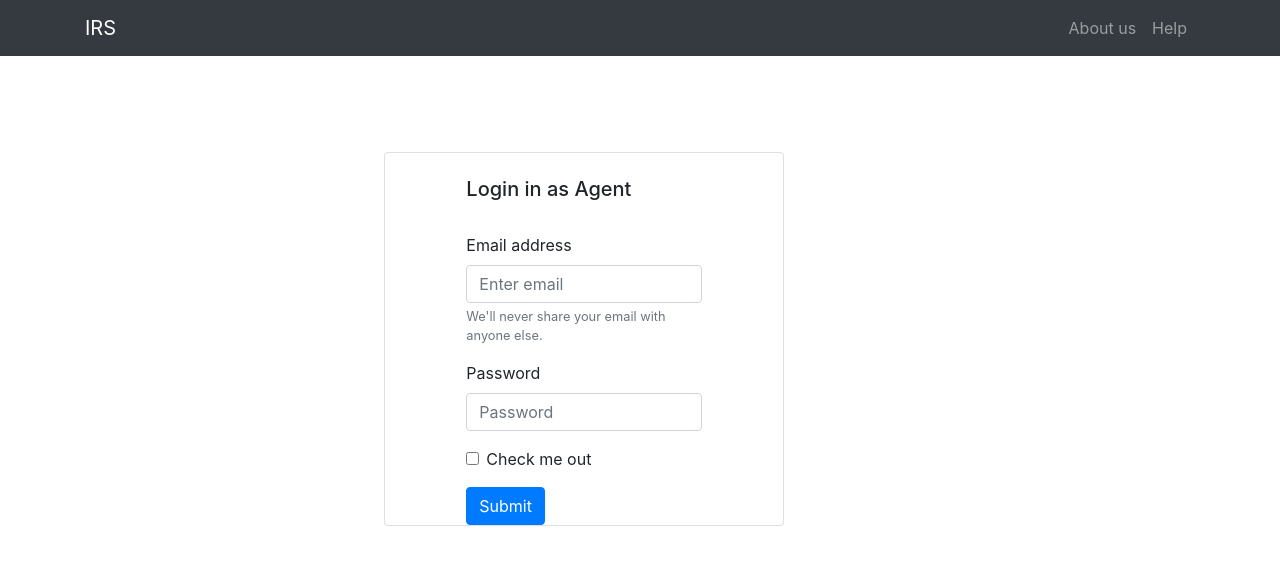
Repository: greeshmavyas/IRS_CS
Page: / (app in AgentManagement/Frontend/)
These files come from the project's save history. The page is drawn as it stood at one moment and after the next save; the edit follows.
The browser window is 1280 px wide. The pictures show the whole page.
Some web libraries are served in a nearby version. The project was rebuilt for these pictures with package versions that can differ from the ones it lists, and the page was loaded fresh each time. Also part of the build but not shown: AgentManagement/Frontend/src/components/NavbarDash.js, AgentManagement/Frontend/src/components/Sidebar.js, AgentManagement/Frontend/src/components/Dashboard.js, AgentManagement/Frontend/src/components/Settings.js, AgentManagement/frontend/src/App.css.

Above is the page before, as saved 2020-10-26 16:28:40.

### AgentManagement/frontend/public/index.html
<!DOCTYPE html>
<html lang="en">
  <head>
    <meta charset="utf-8" />
    <link rel="icon" href="%PUBLIC_URL%/favicon.ico" />
    <meta name="viewport" content="width=device-width, initial-scale=1" />
    <meta name="theme-color" content="#000000" />
    <meta
      name="description"
      content="Web site created using create-react-app"
    />
    <link rel="apple-touch-icon" href="%PUBLIC_URL%/logo192.png" />
    <!--
      manifest.json provides metadata used when your web app is installed on a
      user's mobile device or desktop. See https://developers.google.com/web/fundamentals/web-app-manifest/
    -->
    <link rel="manifest" href="%PUBLIC_URL%/manifest.json" />
    <link rel="stylesheet" href="https://stackpath.bootstrapcdn.com/bootstrap/4.4.1/css/bootstrap.min.css"
      integrity="sha384-Vkoo8x4CGsO3+Hhxv8T/Q5PaXtkKtu6ug5TOeNV6gBiFeWPGFN9MuhOf23Q9Ifjh" crossorigin="anonymous">
    <script src="https://kit.fontawesome.com/db1fc867ad.js" crossorigin="anonymous"></script>
    <!--
      Notice the use of %PUBLIC_URL% in the tags above.
      It will be replaced with the URL of the `public` folder during the build.
      Only files inside the `public` folder can be referenced from the HTML.

      Unlike "/favicon.ico" or "favicon.ico", "%PUBLIC_URL%/favicon.ico" will
      work correctly both with client-side routing and a non-root public URL.
      Learn how to configure a non-root public URL by running `npm run build`.
    -->
    <title>React App</title>
  </head>
  <body>
    <noscript>You need to enable JavaScript to run this app.</noscript>
    <div id="root"></div>
    <script src="https://code.jquery.com/jquery-3.4.1.slim.min.js"
      integrity="sha384-J6qa4849blE2+poT4WnyKhv5vZF5SrPo0iEjwBvKU7imGFAV0wwj1yYfoRSJoZ+n" crossorigin="anonymous"></script>
    <script src="https://cdn.jsdelivr.net/npm/popper.js@1.16.0/dist/umd/popper.min.js"
      integrity="sha384-Q6E9RHvbIyZFJoft+2mJbHaEWldlvI9IOYy5n3zV9zzTtmI3UksdQRVvoxMfooAo" crossorigin="anonymous"></script>
    <script src="https://stackpath.bootstrapcdn.com/bootstrap/4.4.1/js/bootstrap.min.js"
      integrity="sha384-wfSDF2E50Y2D1uUdj0O3uMBJnjuUD4Ih7YwaYd1iqfktj0Uod8GCExl3Og8ifwB6" crossorigin="anonymous"></script>
    <!--
      This HTML file is a template.
      If you open it directly in the browser, you will see an empty page.

      You can add webfonts, meta tags, or analytics to this file.
      The build step will place the bundled scripts into the <body> tag.

      To begin the development, run `npm start` or `yarn start`.
      To create a production bundle, use `npm run build` or `yarn build`.
    -->
  </body>
</html>

### AgentManagement/Frontend/src/App.js
import React from 'react';
import { BrowserRouter } from 'react-router-dom';
import Main from "./Main"
import './App.css';

function App() {
  return (
    <div>
      <BrowserRouter>
        <Main />
      </BrowserRouter>
    </div>
  );
}

export default App;

### AgentManagement/Frontend/src/Main.js
import React, { Component } from 'react';
import { Route } from 'react-router-dom';
import login from './components/login';
import Dashboard from './components/Dashboard';
import Settings from './components/Settings';

 class Main extends Component {
    render() {
        return (
          <div>
            <Route exact path="/" component={login} />
            <Route exact path="/dashboard" component={Dashboard} />
            <Route exact path="/settings" component={Settings} />
          </div>
        );
    }
}

export default Main;

### AgentManagement/Frontend/src/components/login.js
import React, { Component } from "react";
import Card from 'react-bootstrap/Card'
import NavbarLogin from './NavbarLogin'
import Form from 'react-bootstrap/Form'
import Button from 'react-bootstrap/Button'


class login extends Component {
  constructor() {
    super();
    this.state = {
      email: "",
      password: "",
      userType: "",
      errors: {},
    };
  }

  onChange = (e) => {
    this.setState({
      [e.target.name]: e.target.value,
    });
  };

  render() {
    return (
      <div>
        <NavbarLogin />
        <br></br>
        <br></br>
        <br></br>
          <Card style={{ width: '25rem', 'margin-left': '30%' }}>
            <div className="container">
              <div className="row">
                <div className="col-md-8 m-auto">
                  <br></br>
                  <h5>Login in as Agent</h5>
                  <br></br>
                  <Form>
                    <Form.Group controlId="formBasicEmail">
                      <Form.Label>Email address</Form.Label>
                      <Form.Control type="email" placeholder="Enter email" />
                      <Form.Text className="text-muted">
                        We'll never share your email with anyone else.
                    </Form.Text>
                    </Form.Group>

                    <Form.Group controlId="formBasicPassword">
                      <Form.Label>Password</Form.Label>
                      <Form.Control type="password" placeholder="Password" />
                    </Form.Group>
                    <Form.Group controlId="formBasicCheckbox">
                      <Form.Check type="checkbox" label="Check me out" />
                    </Form.Group>
                    <Button variant="primary" type="submit">
                      Submit
                    </Button>
                  </Form>
                  {/*  <form onSubmit={this.onSubmit}>
                <div className="form-group">
                <strong>Username</strong>
                  <input
                    type="email"
                    className="form-control form-control-lg"
                    placeholder="Email Address"
                    name="email"
                    value={this.state.email}
                    onChange={this.onChange}
                  />
                </div>
                <div className="form-group">
                <strong>Password</strong>
                  <input
                    type="password"
                    className="form-control form-control-lg"
                    placeholder="Password"
                    name="password"
                    value={this.state.password}
                    onChange={this.onChange}
                  />
                </div>
                 <a href="/dashboard" class="btn btn-info btn-block mt-4">
                    Login
                  </a>
                  <br></br>
                  <br></br>
              </form> */}
                </div>
              </div>
            </div>
          </Card>
      </div>
    );
  }
}

export default login;

### AgentManagement/Frontend/src/components/NavbarLogin.js
import React, { Component } from 'react';

class NavbarLogin extends Component {

  handleLogout = () => {
    window.localStorage.clear();
  };

  render() {
    return (
      <nav className="navbar navbar-expand-sm navbar-dark bg-dark mb-4">
        <div className="container">
          <a className="navbar-brand" href="/companyDashboard">
            IRS
          </a>
          <button
            className="navbar-toggler"
            type="button"
            data-toggle="collapse"
            data-target="#mobile-nav"
          >
            <span className="navbar-toggler-icon"></span>
          </button>

          <div className="collapse navbar-collapse" id="mobile-nav">

            <ul className="navbar-nav ml-auto">
              <li className="nav-item">
                <a className="nav-link" href="/">
                  About us
                </a>
              </li>
              <li className="nav-item">
                <a className="nav-link" href="/" onClick={this.handleLogout}>
                  Help
                </a>
              </li>
            </ul>
          </div>
        </div>
      </nav>
    );
  }
}

export default NavbarLogin;

Loaded but not shown: AgentManagement/Frontend/src/index.js (common file); AgentManagement/frontend/src/index.css (common file); AgentManagement/frontend/src/serviceWorker.js (common file)

After the next save:
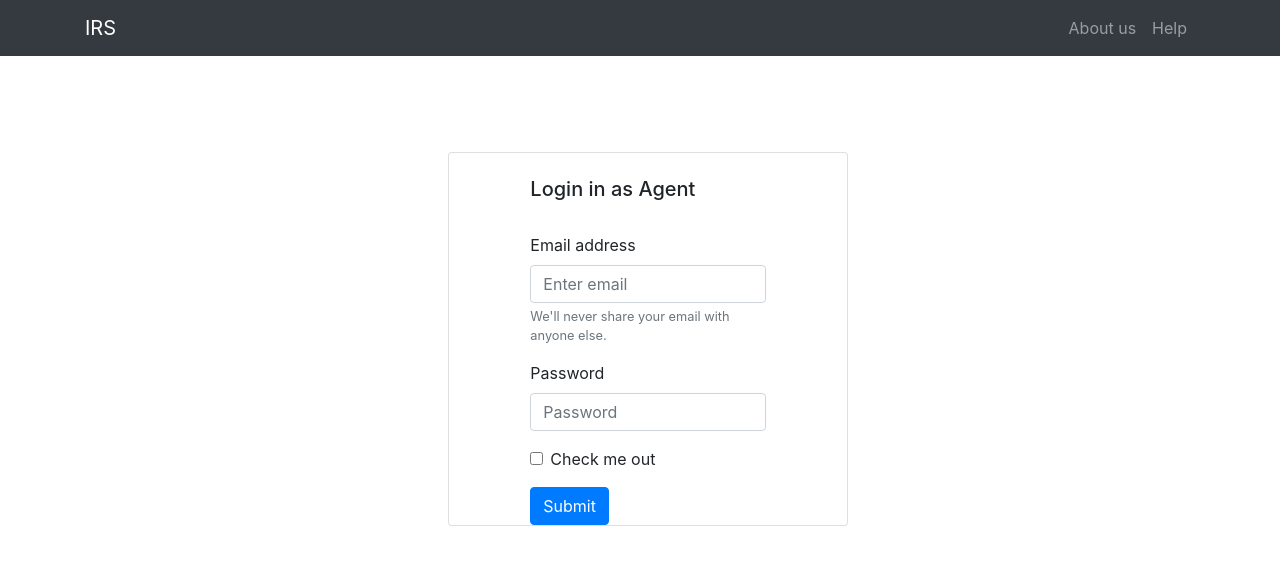
Saved 5 s later.
--- a/AgentManagement/Frontend/src/components/login.js
+++ b/AgentManagement/Frontend/src/components/login.js
@@ -29,7 +29,7 @@ class login extends Component {
         <br></br>
         <br></br>
         <br></br>
-          <Card style={{ width: '25rem', 'margin-left': '30%' }}>
+          <Card style={{ width: '25rem', 'margin-left': '35%' }}>
             <div className="container">
               <div className="row">
                 <div className="col-md-8 m-auto">
